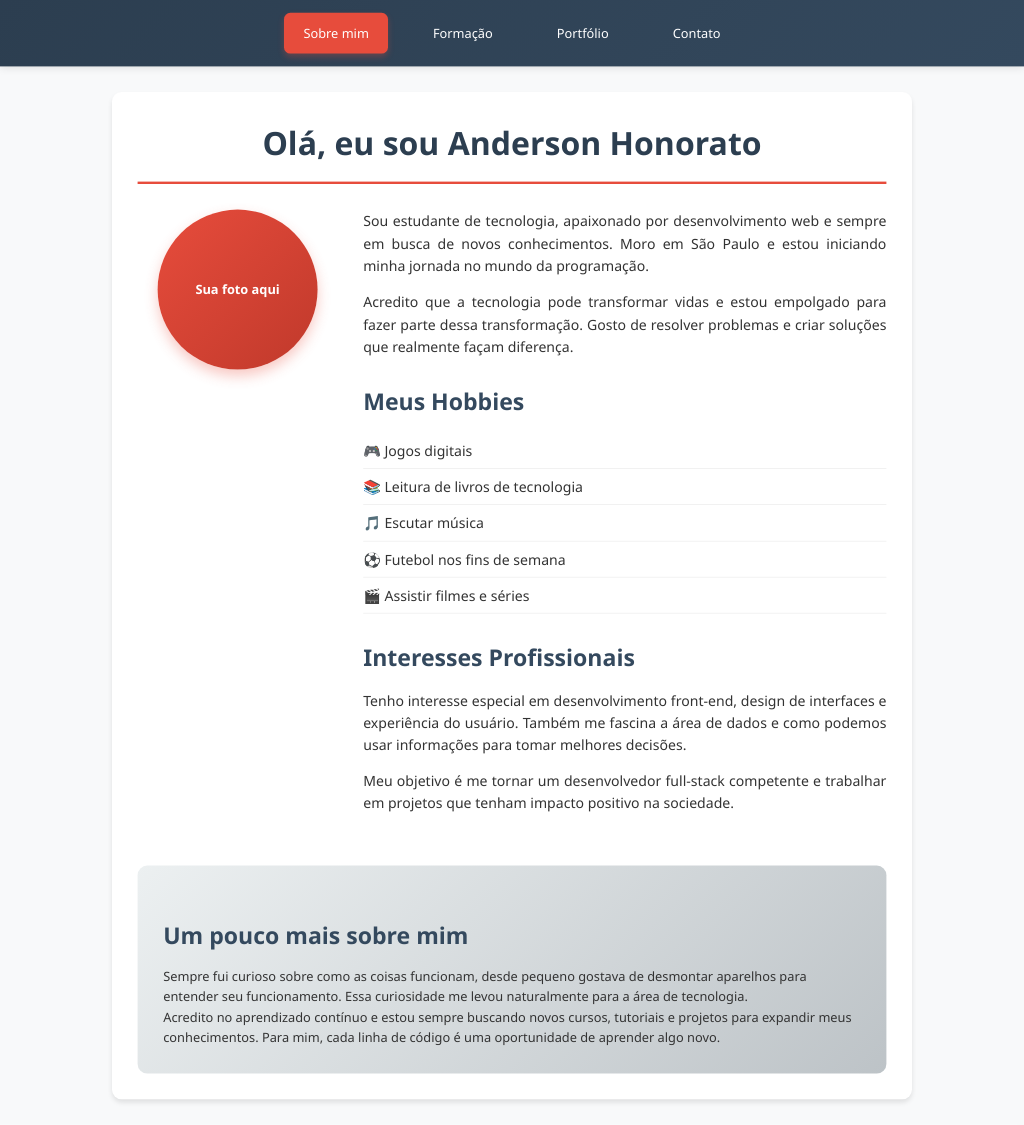
Repository: AnderHonorato/meu-portfolio
Page: index.html
The author's editor kept a copy of each file at every save. The page is drawn from the files as they stood at one save, then again after the next save.
The browser window is 1280 px wide. The pictures show the whole page, at 80% of full size.

Above is the page before, as saved 2025-08-26 19:47:49.

### index.html
<!DOCTYPE html>
<html lang="pt-br">
<head>
    <meta charset="UTF-8">
    <meta name="viewport" content="width=device-width, initial-scale=1.0">
    <title>Anderson Honorato - Portfólio</title>
    <link rel="stylesheet" href="css/style.css">
</head>
<body>
    <!-- Menu de navegação principal -->
    <nav class="menu">
        <ul>
            <li><a href="index.html" class="ativo">Sobre mim</a></li>
            <li><a href="formacao.html">Formação</a></li>
            <li><a href="portfolio.html">Portfólio</a></li>
            <li><a href="contato.html">Contato</a></li>
        </ul>
    </nav>

    <!-- Conteúdo principal da página -->
    <main class="conteudo">
        <h1>Olá, eu sou Anderson Honorato</h1>

        <div class="sobre-container">
            <!-- Seção da foto de perfil -->
            <div class="foto-perfil">
                <div class="placeholder-foto">
                    <p>Sua foto aqui</p>
                </div>
            </div>

            <!-- Seção de informações pessoais -->
            <div class="texto-sobre">
                <p>Sou estudante de tecnologia, apaixonado por desenvolvimento web e sempre em busca de novos conhecimentos. Moro em São Paulo e estou iniciando minha jornada no mundo da programação.</p>

                <p>Acredito que a tecnologia pode transformar vidas e estou empolgado para fazer parte dessa transformação. Gosto de resolver problemas e criar soluções que realmente façam diferença.</p>

                <h2>Meus Hobbies</h2>
                <ul class="lista-hobbies">
                    <li>🎮 Jogos digitais</li>
                    <li>📚 Leitura de livros de tecnologia</li>
                    <li>🎵 Escutar música</li>
                    <li>⚽ Futebol nos fins de semana</li>
                    <li>🎬 Assistir filmes e séries</li>
                </ul>

                <h2>Interesses Profissionais</h2>
                <p>Tenho interesse especial em desenvolvimento front-end, design de interfaces e experiência do usuário. Também me fascina a área de dados e como podemos usar informações para tomar melhores decisões.</p>

                <p>Meu objetivo é me tornar um desenvolvedor full-stack competente e trabalhar em projetos que tenham impacto positivo na sociedade.</p>
            </div>
        </div>

        <!-- Seção adicional de informações -->
        <div class="info-adicional">
            <h2>Um pouco mais sobre mim</h2>
            <p>Sempre fui curioso sobre como as coisas funcionam, desde pequeno gostava de desmontar aparelhos para entender seu funcionamento. Essa curiosidade me levou naturalmente para a área de tecnologia.</p>

            <p>Acredito no aprendizado contínuo e estou sempre buscando novos cursos, tutoriais e projetos para expandir meus conhecimentos. Para mim, cada linha de código é uma oportunidade de aprender algo novo.</p>
        </div>
    </main>
</body>
</html>

### css/style.css
/* Reset básico e configurações globais */
* {
    margin: 0;
    padding: 0;
    box-sizing: border-box;
}

/* Configurações do corpo da página */
body {
    font-family: 'Segoe UI', Tahoma, Geneva, Verdana, sans-serif;
    line-height: 1.6;
    color: #333;
    background-color: #f8f9fa;
}

/* Menu de navegação - SEMPRE VISÍVEL */
.menu {
    background: linear-gradient(135deg, #2c3e50, #34495e);
    padding: 1rem 0;
    position: sticky; /* Menu fica fixo no topo ao rolar */
    top: 0;
    z-index: 1000; /* Garante que fica por cima de outros elementos */
    box-shadow: 0 2px 10px rgba(0,0,0,0.1);
}

.menu ul {
    list-style: none;
    display: flex;
    justify-content: center;
    gap: 2rem;
    max-width: 1200px;
    margin: 0 auto;
    padding: 0 1rem;
}

.menu a {
    color: white;
    text-decoration: none;
    padding: 0.8rem 1.5rem;
    border-radius: 8px;
    transition: all 0.3s ease;
    display: block;
    font-weight: 500;
}

.menu a:hover {
    background-color: rgba(255, 255, 255, 0.1);
    transform: translateY(-2px);
}

.menu a.ativo {
    background-color: #e74c3c;
    box-shadow: 0 4px 8px rgba(231, 76, 60, 0.3);
}

/* Conteúdo principal */
.conteudo {
    max-width: 1000px;
    margin: 2rem auto;
    padding: 0 1rem;
    background-color: white;
    border-radius: 12px;
    box-shadow: 0 4px 6px rgba(0,0,0,0.1);
    padding: 2rem;
}

.conteudo h1 {
    color: #2c3e50;
    margin-bottom: 1.5rem;
    text-align: center;
    font-size: 2.5rem;
    border-bottom: 3px solid #e74c3c;
    padding-bottom: 1rem;
}

.conteudo h2 {
    color: #34495e;
    margin: 2rem 0 1rem 0;
    font-size: 1.8rem;
}

/* === ESTILOS PÁGINA SOBRE MIM === */
.sobre-container {
    display: grid;
    grid-template-columns: 250px 1fr;
    gap: 2rem;
    margin-top: 2rem;
}

.foto-perfil {
    text-align: center;
}

.placeholder-foto {
    width: 200px;
    height: 200px;
    border-radius: 50%;
    background: linear-gradient(135deg, #e74c3c, #c0392b);
    display: flex;
    align-items: center;
    justify-content: center;
    color: white;
    font-weight: bold;
    margin: 0 auto;
    box-shadow: 0 8px 16px rgba(231, 76, 60, 0.3);
}

.foto-perfil img {
    width: 200px;
    height: 200px;
    border-radius: 50%;
    object-fit: cover;
    box-shadow: 0 8px 16px rgba(0,0,0,0.2);
}

.texto-sobre {
    flex: 1;
}

.texto-sobre p {
    margin-bottom: 1rem;
    text-align: justify;
    font-size: 1.1rem;
}

.lista-hobbies {
    list-style: none;
    margin: 1rem 0;
}

.lista-hobbies li {
    padding: 0.5rem 0;
    font-size: 1.1rem;
    border-bottom: 1px solid #eee;
    transition: all 0.3s ease;
}

.lista-hobbies li:hover {
    background-color: #f8f9fa;
    padding-left: 1rem;
    border-left: 4px solid #e74c3c;
}

.info-adicional {
    margin-top: 3rem;
    padding: 2rem;
    background: linear-gradient(135deg, #ecf0f1, #bdc3c7);
    border-radius: 12px;
}

/* === ESTILOS PÁGINA FORMAÇÃO === */
.formacao-secao {
    margin-bottom: 3rem;
}

.item-formacao {
    background: linear-gradient(135deg, #f8f9fa, #e9ecef);
    padding: 2rem;
    border-radius: 12px;
    margin-bottom: 1.5rem;
    border-left: 5px solid #e74c3c;
    transition: transform 0.3s ease;
}

.item-formacao:hover {
    transform: translateY(-5px);
    box-shadow: 0 8px 16px rgba(0,0,0,0.1);
}

.item-formacao h3 {
    color: #2c3e50;
    margin-bottom: 1rem;
    font-size: 1.3rem;
}

.item-formacao p {
    margin-bottom: 0.5rem;
}

.lista-idiomas {
    list-style: none;
}

.lista-idiomas li {
    padding: 1rem 0;
    border-bottom: 1px solid #ddd;
}

.lista-idiomas li:last-child {
    border-bottom: none;
}

.nivel-idioma {
    margin-top: 0.5rem;
}

.barra-progresso {
    width: 100%;
    height: 8px;
    background-color: #ecf0f1;
    border-radius: 4px;
    overflow: hidden;
    margin: 0.5rem 0;
}

.progresso {
    height: 100%;
    background: linear-gradient(90deg, #e74c3c, #c0392b);
    transition: width 0.3s ease;
}

.descricao-nivel {
    font-size: 0.9rem;
    color: #7f8c8d;
    font-style: italic;
}

.proximos-estudos ul {
    list-style: none;
    display: grid;
    grid-template-columns: repeat(auto-fit, minmax(250px, 1fr));
    gap: 1rem;
}

.proximos-estudos li {
    background-color: #fff3cd;
    padding: 1rem;
    border-radius: 8px;
    border-left: 4px solid #ffc107;
    font-weight: 500;
}

/* === ESTILOS PÁGINA PORTFÓLIO === */
.intro-portfolio {
    text-align: center;
    font-size: 1.2rem;
    margin-bottom: 2rem;
    padding: 1rem;
    background-color: #f8f9fa;
    border-radius: 8px;
    border-left: 4px solid #e74c3c;
}

.projetos-grid {
    display: grid;
    grid-template-columns: repeat(auto-fit, minmax(350px, 1fr));
    gap: 2rem;
    margin-bottom: 3rem;
}

.projeto-item {
    background: linear-gradient(135deg, #ffffff, #f8f9fa);
    padding: 2rem;
    border-radius: 12px;
    box-shadow: 0 4px 8px rgba(0,0,0,0.1);
    transition: all 0.3s ease;
    border-top: 4px solid #e74c3c;
}

.projeto-item:hover {
    transform: translateY(-8px);
    box-shadow: 0 12px 24px rgba(0,0,0,0.15);
}

.projeto-item h3 {
    color: #2c3e50;
    margin-bottom: 1rem;
    font-size: 1.4rem;
}

.tags-projeto {
    margin-bottom: 1rem;
}

.tag {
    display: inline-block;
    background: linear-gradient(135deg, #e74c3c, #c0392b);
    color: white;
    padding: 0.3rem 0.8rem;
    border-radius: 20px;
    font-size: 0.8rem;
    margin-right: 0.5rem;
    font-weight: 500;
}

.projeto-detalhes {
    margin: 1rem 0;
    padding: 1rem;
    background-color: #f8f9fa;
    border-radius: 8px;
}

.projeto-detalhes p {
    margin-bottom: 0.5rem;
    font-size: 0.9rem;
}

.btn-projeto {
    display: inline-block;
    background: linear-gradient(135deg, #3498db, #2980b9);
    color: white;
    padding: 0.8rem 1.5rem;
    text-decoration: none;
    border-radius: 8px;
    transition: all 0.3s ease;
    font-weight: 500;
}

.btn-projeto:hover {
    transform: translateY(-2px);
    box-shadow: 0 4px 8px rgba(52, 152, 219, 0.3);
}

/* Habilidades técnicas */
.habilidades-secao {
    margin-top: 3rem;
    padding: 2rem;
    background: linear-gradient(135deg, #ecf0f1, #bdc3c7);
    border-radius: 12px;
}

.habilidades-grid {
    display: grid;
    grid-template-columns: repeat(auto-fit, minmax(250px, 1fr));
    gap: 1.5rem;
    margin-top: 1rem;
}

.habilidade-item {
    background-color: white;
    padding: 1.5rem;
    border-radius: 8px;
    box-shadow: 0 2px 4px rgba(0,0,0,0.1);
}

.habilidade-item h4 {
    color: #2c3e50;
    margin-bottom: 1rem;
    font-size: 1.1rem;
}

.nivel-habilidade {
    display: flex;
    align-items: center;
    gap: 1rem;
}

.barra-habilidade {
    flex: 1;
    height: 8px;
    background-color: #ecf0f1;
    border-radius: 4px;
    overflow: hidden;
}

.progresso-habilidade {
    height: 100%;
    background: linear-gradient(90deg, #27ae60, #2ecc71);
    transition: width 0.3s ease;
}

.estudos-atuais {
    margin-top: 2rem;
    padding: 2rem;
    background-color: #e8f5e8;
    border-radius: 12px;
    border-left: 5px solid #27ae60;
}

.lista-estudos {
    list-style: none;
    display: grid;
    grid-template-columns: repeat(auto-fit, minmax(300px, 1fr));
    gap: 1rem;
}

.lista-estudos li {
    padding: 1rem;
    background-color: white;
    border-radius: 8px;
    box-shadow: 0 2px 4px rgba(0,0,0,0.1);
    transition: transform 0.3s ease;
}

.lista-estudos li:hover {
    transform: translateX(10px);
}

/* === ESTILOS PÁGINA CONTATO === */
.intro-contato {
    text-align: center;
    font-size: 1.2rem;
    margin-bottom: 2rem;
    padding: 1rem;
    background: linear-gradient(135deg, #d4edda, #c3e6cb);
    border-radius: 8px;
    border-left: 4px solid #28a745;
}

.contato-container {
    display: grid;
    grid-template-columns: 2fr 1fr;
    gap: 3rem;
    margin-top: 2rem;
}

.formulario-contato {
    background-color: #f8f9fa;
    padding: 2rem;
    border-radius: 12px;
    box-shadow: 0 4px 8px rgba(0,0,0,0.1);
}

.formulario-contato h2 {
    color: #2c3e50;
    margin-bottom: 1.5rem;
    text-align: center;
}

.form-contato {
    display: flex;
    flex-direction: column;
    gap: 1.5rem;
}

.campo {
    display: flex;
    flex-direction: column;
}

.campo.checkbox {
    flex-direction: row;
    align-items: center;
    gap: 0.5rem;
}

.campo.checkbox input {
    width: auto;
}

.campo label {
    margin-bottom: 0.5rem;
    font-weight: 600;
    color: #2c3e50;
}

.campo input,
.campo textarea,
.campo select {
    padding: 0.8rem;
    border: 2px solid #ddd;
    border-radius: 8px;
    font-size: 1rem;
    transition: border-color 0.3s ease;
    font-family: inherit;
}

.campo input:focus,
.campo textarea:focus,
.campo select:focus {
    outline: none;
    border-color: #e74c3c;
    box-shadow: 0 0 0 3px rgba(231, 76, 60, 0.1);
}

.btn-enviar {
    background: linear-gradient(135deg, #e74c3c, #c0392b);
    color: white;
    padding: 1rem 2rem;
    border: none;
    border-radius: 8px;
    cursor: pointer;
    font-size: 1.1rem;
    font-weight: 600;
    transition: all 0.3s ease;
}

.btn-enviar:hover {
    transform: translateY(-2px);
    box-shadow: 0 4px 8px rgba(231, 76, 60, 0.3);
}

.mensagem-retorno {
    margin-top: 1rem;
    padding: 1rem;
    background-color: #d4edda;
    border: 1px solid #c3e6cb;
    border-radius: 8px;
    color: #155724;
    text-align: center;
    font-weight: 500;
}

/* Informações de contato */
.info-contato {
    background-color: white;
    padding: 2rem;
    border-radius: 12px;
    box-shadow: 0 4px 8px rgba(0,0,0,0.1);
    height: fit-content;
}

.info-contato h2 {
    color: #2c3e50;
    margin-bottom: 1.5rem;
    text-align: center;
}

.contato-item {
    margin-bottom: 2rem;
    padding: 1rem;
    background-color: #f8f9fa;
    border-radius: 8px;
    border-left: 4px solid #3498db;
}

.contato-item h3 {
    color: #2c3e50;
    margin-bottom: 0.5rem;
    font-size: 1.1rem;
}

.contato-item p {
    font-weight: 600;
    color: #34495e;
    margin-bottom: 0.3rem;
}

.contato-item small {
    color: #7f8c8d;
    font-style: italic;
}

.disponibilidade {
    padding: 1rem;
    background: linear-gradient(135deg, #fff3cd, #ffeaa7);
    border-radius: 8px;
    border-left: 4px solid #ffc107;
}

.disponibilidade h3 {
    color: #2c3e50;
    margin-bottom: 1rem;
}

.disponibilidade ul {
    list-style: none;
}

.disponibilidade li {
    padding: 0.3rem 0;
    color: #856404;
}

/* Dicas de contato */
.dicas-contato {
    margin-top: 3rem;
    padding: 2rem;
    background: linear-gradient(135deg, #e8f4fd, #d1ecf1);
    border-radius: 12px;
}

.dicas-grid {
    display: grid;
    grid-template-columns: repeat(auto-fit, minmax(250px, 1fr));
    gap: 1.5rem;
    margin-top: 1rem;
}

.dica-item {
    background-color: white;
    padding: 1.5rem;
    border-radius: 8px;
    box-shadow: 0 2px 4px rgba(0,0,0,0.1);
    transition: transform 0.3s ease;
}

.dica-item:hover {
    transform: translateY(-5px);
}

.dica-item h4 {
    color: #2c3e50;
    margin-bottom: 1rem;
}

.dica-item p {
    color: #34495e;
    font-size: 0.9rem;
}

/* === RESPONSIVIDADE === */
@media (max-width: 768px) {
    /* Menu responsivo */
    .menu ul {
        flex-wrap: wrap;
        gap: 0.5rem;
        justify-content: center;
    }

    .menu a {
        padding: 0.6rem 1rem;
        font-size: 0.9rem;
    }

    /* Conteúdo */
    .conteudo {
        margin: 1rem;
        padding: 1.5rem;
    }

    .conteudo h1 {
        font-size: 2rem;
    }

    /* Sobre mim responsivo */
    .sobre-container {
        grid-template-columns: 1fr;
        text-align: center;
        gap: 1.5rem;
    }

    /* Formação responsiva */
    .item-formacao {
        padding: 1.5rem;
    }

    /* Portfólio responsivo */
    .projetos-grid {
        grid-template-columns: 1fr;
        gap: 1.5rem;
    }

    .habilidades-grid {
        grid-template-columns: 1fr;
    }

    /* Contato responsivo */
    .contato-container {
        grid-template-columns: 1fr;
        gap: 2rem;
    }

    .dicas-grid {
        grid-template-columns: 1fr;
    }
}

@media (max-width: 480px) {
    .conteudo {
        padding: 1rem;
    }

    .conteudo h1 {
        font-size: 1.8rem;
    }

    .menu ul {
        flex-direction: column;
        gap: 0.3rem;
    }

    .projeto-item,
    .item-formacao,
    .formulario-contato {
        padding: 1rem;
    }
}

/* Animações e efeitos especiais */
@keyframes slideInUp {
    from {
        opacity: 0;
        transform: translateY(30px);
    }
    to {
        opacity: 1;
        transform: translateY(0);
    }
}

.conteudo {
    animation: slideInUp 0.6s ease-out;
}

/* Scroll suave */
html {
    scroll-behavior: smooth;
}

After the next save:
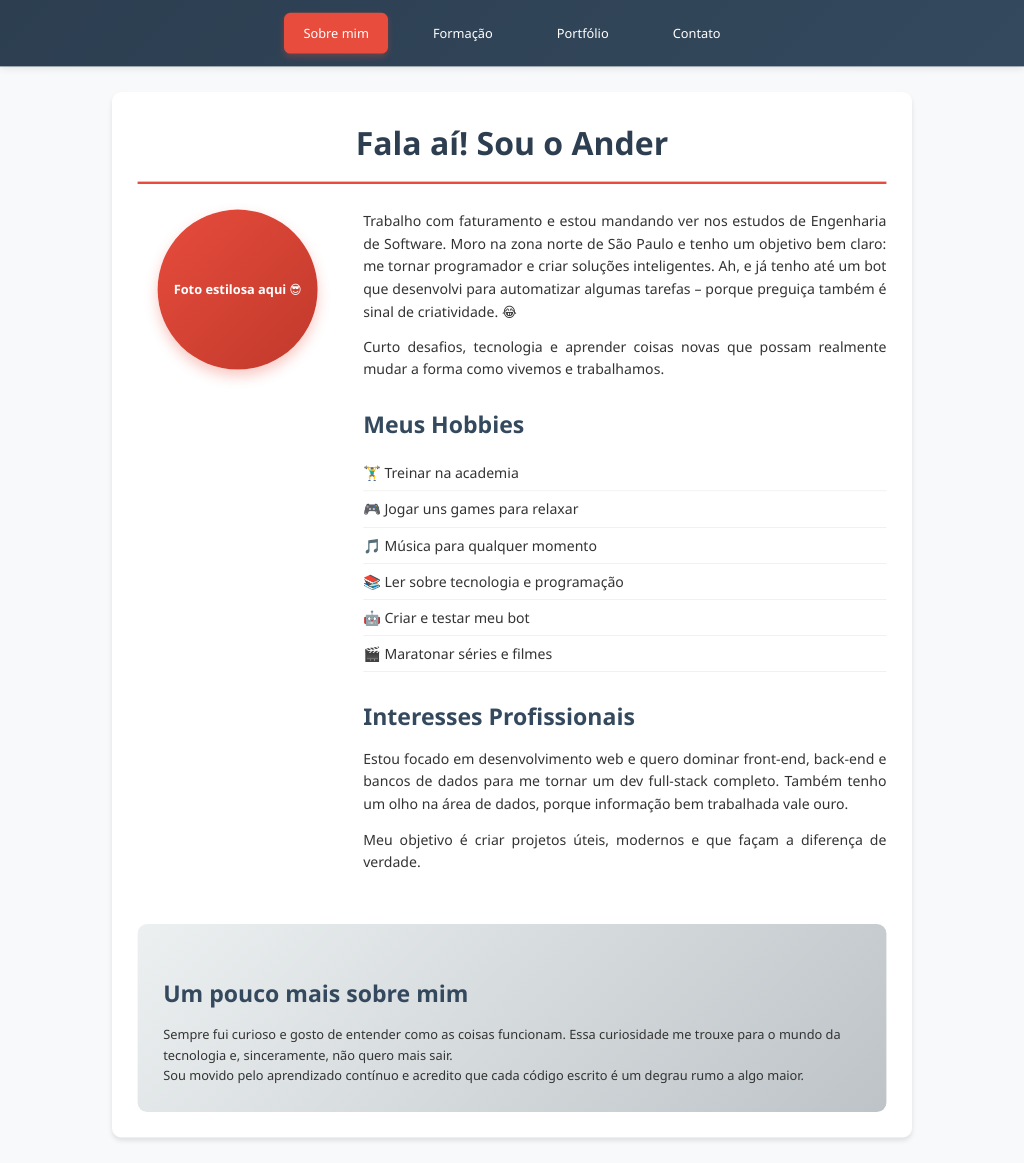
Saved 3 min 40 s later.
--- a/index.html
+++ b/index.html
@@ -7,7 +7,7 @@
     <link rel="stylesheet" href="css/style.css">
 </head>
 <body>
-    <!-- Menu de navegação principal -->
+    <!-- MENU -->
     <nav class="menu">
         <ul>
             <li><a href="index.html" class="ativo">Sobre mim</a></li>
@@ -17,47 +17,49 @@
         </ul>
     </nav>
 
-    <!-- Conteúdo principal da página -->
-    <main class="conteudo">
-        <h1>Olá, eu sou Anderson Honorato</h1>
+<!-- CONTEUDO PRINCIPAL -->
+<main class="conteudo">
+    <h1>Fala aí! Sou o Ander</h1>
 
-        <div class="sobre-container">
-            <!-- Seção da foto de perfil -->
-            <div class="foto-perfil">
-                <div class="placeholder-foto">
-                    <p>Sua foto aqui</p>
-                </div>
-            </div>
-
-            <!-- Seção de informações pessoais -->
-            <div class="texto-sobre">
-                <p>Sou estudante de tecnologia, apaixonado por desenvolvimento web e sempre em busca de novos conhecimentos. Moro em São Paulo e estou iniciando minha jornada no mundo da programação.</p>
-
-                <p>Acredito que a tecnologia pode transformar vidas e estou empolgado para fazer parte dessa transformação. Gosto de resolver problemas e criar soluções que realmente façam diferença.</p>
-
-                <h2>Meus Hobbies</h2>
-                <ul class="lista-hobbies">
-                    <li>🎮 Jogos digitais</li>
-                    <li>📚 Leitura de livros de tecnologia</li>
-                    <li>🎵 Escutar música</li>
-                    <li>⚽ Futebol nos fins de semana</li>
-                    <li>🎬 Assistir filmes e séries</li>
-                </ul>
-
-                <h2>Interesses Profissionais</h2>
-                <p>Tenho interesse especial em desenvolvimento front-end, design de interfaces e experiência do usuário. Também me fascina a área de dados e como podemos usar informações para tomar melhores decisões.</p>
-
-                <p>Meu objetivo é me tornar um desenvolvedor full-stack competente e trabalhar em projetos que tenham impacto positivo na sociedade.</p>
+    <div class="sobre-container">
+        <!-- SEÇÃO DA FOTO DE PERFIL -->
+        <div class="foto-perfil">
+            <div class="placeholder-foto">
+                <p>Foto estilosa aqui 😎</p>
             </div>
         </div>
 
-        <!-- Seção adicional de informações -->
-        <div class="info-adicional">
-            <h2>Um pouco mais sobre mim</h2>
-            <p>Sempre fui curioso sobre como as coisas funcionam, desde pequeno gostava de desmontar aparelhos para entender seu funcionamento. Essa curiosidade me levou naturalmente para a área de tecnologia.</p>
+        <!-- SEÇÃO DE INFORMAÇÕES PESSOAIS -->
+        <div class="texto-sobre">
+            <p>Trabalho com faturamento e estou mandando ver nos estudos de Engenharia de Software. Moro na zona norte de São Paulo e tenho um objetivo bem claro: me tornar programador e criar soluções inteligentes. Ah, e já tenho até um bot que desenvolvi para automatizar algumas tarefas – porque preguiça também é sinal de criatividade. 😂</p>
 
-            <p>Acredito no aprendizado contínuo e estou sempre buscando novos cursos, tutoriais e projetos para expandir meus conhecimentos. Para mim, cada linha de código é uma oportunidade de aprender algo novo.</p>
+            <p>Curto desafios, tecnologia e aprender coisas novas que possam realmente mudar a forma como vivemos e trabalhamos.</p>
+
+            <h2>Meus Hobbies</h2>
+            <ul class="lista-hobbies">
+                <li>🏋️‍♂️ Treinar na academia</li>
+                <li>🎮 Jogar uns games para relaxar</li>
+                <li>🎵 Música para qualquer momento</li>
+                <li>📚 Ler sobre tecnologia e programação</li>
+                <li>🤖 Criar e testar meu bot</li>
+                <li>🎬 Maratonar séries e filmes</li>
+            </ul>
+
+            <h2>Interesses Profissionais</h2>
+            <p>Estou focado em desenvolvimento web e quero dominar front-end, back-end e bancos de dados para me tornar um dev full-stack completo. Também tenho um olho na área de dados, porque informação bem trabalhada vale ouro.</p>
+
+            <p>Meu objetivo é criar projetos úteis, modernos e que façam a diferença de verdade.</p>
         </div>
-    </main>
+    </div>
+
+    <!-- SEÇÃO ADICIONAL DE INFORMAÇÕES -->
+    <div class="info-adicional">
+        <h2>Um pouco mais sobre mim</h2>
+        <p>Sempre fui curioso e gosto de entender como as coisas funcionam. Essa curiosidade me trouxe para o mundo da tecnologia e, sinceramente, não quero mais sair.</p>
+
+        <p>Sou movido pelo aprendizado contínuo e acredito que cada código escrito é um degrau rumo a algo maior.</p>
+    </div>
+</main>
+
 </body>
 </html>
